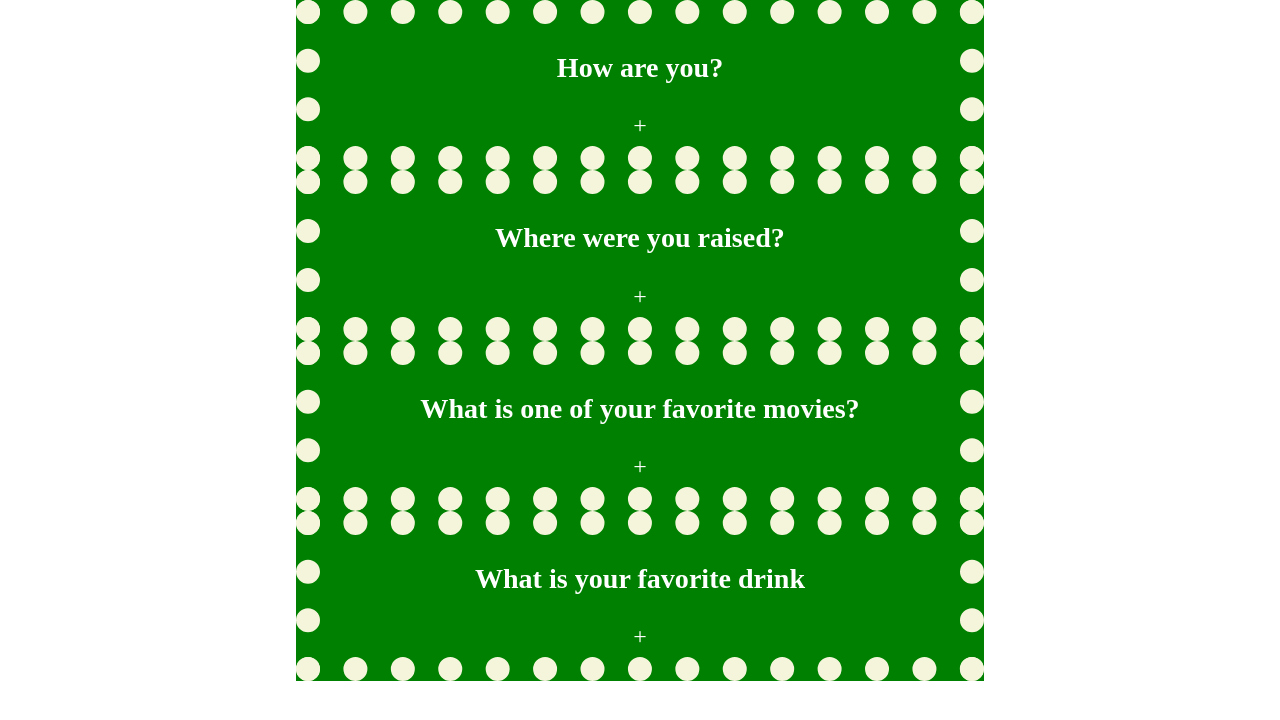
Repository: kosenijr/react-projects
Page: / (app in accordion/)
An editor plug-in stored every save of this project. The page is shown before and after the next save, followed by the edit.
The browser window is 1280 px wide. The pictures show the whole page.
The project was rebuilt for these pictures with package versions that can differ from the ones it lists, and the page was loaded fresh each time.

Above is the page before, as saved 2024-03-02 22:42:31.

After the next save:
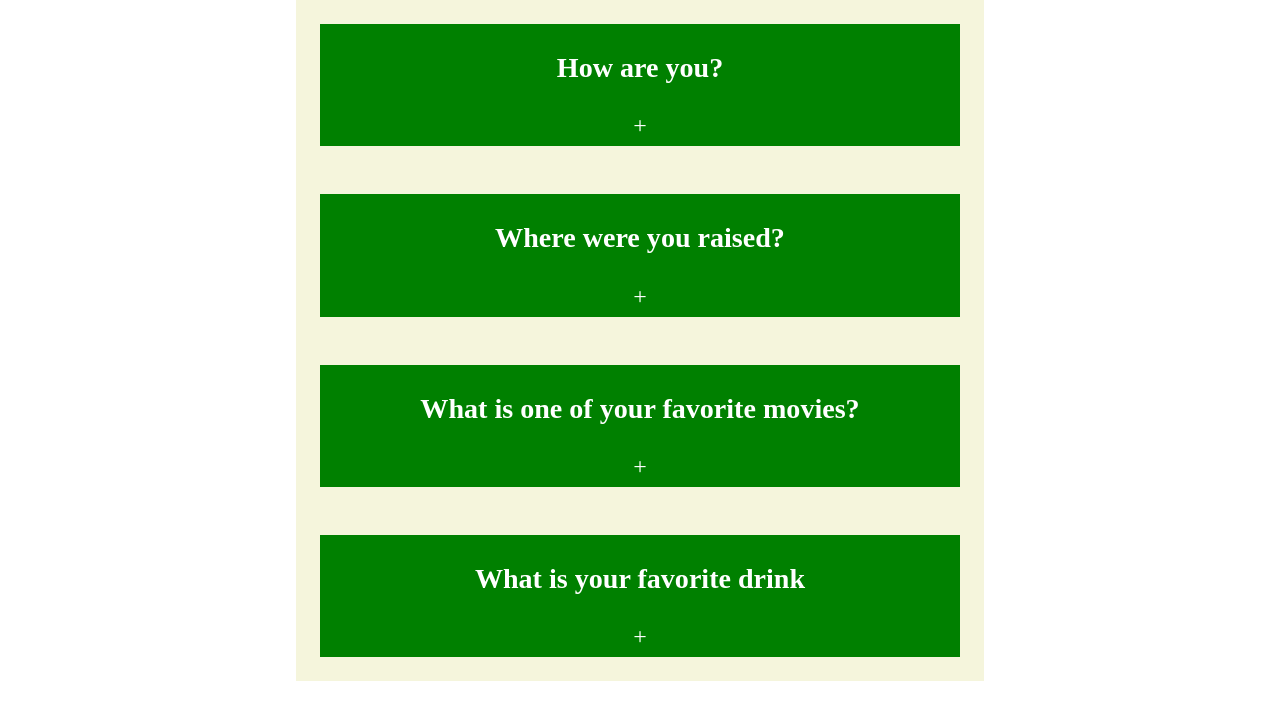
Saved 18 s later.
--- a/accordion/src/styles/Accordion.css
+++ b/accordion/src/styles/Accordion.css
@@ -13,7 +13,7 @@
   margin: 0 auto;
   padding-bottom: 1vh;
   width: 50vw;
-  border: 1em dotted beige
+  border: 1em solid beige
 }
 
 .content {
